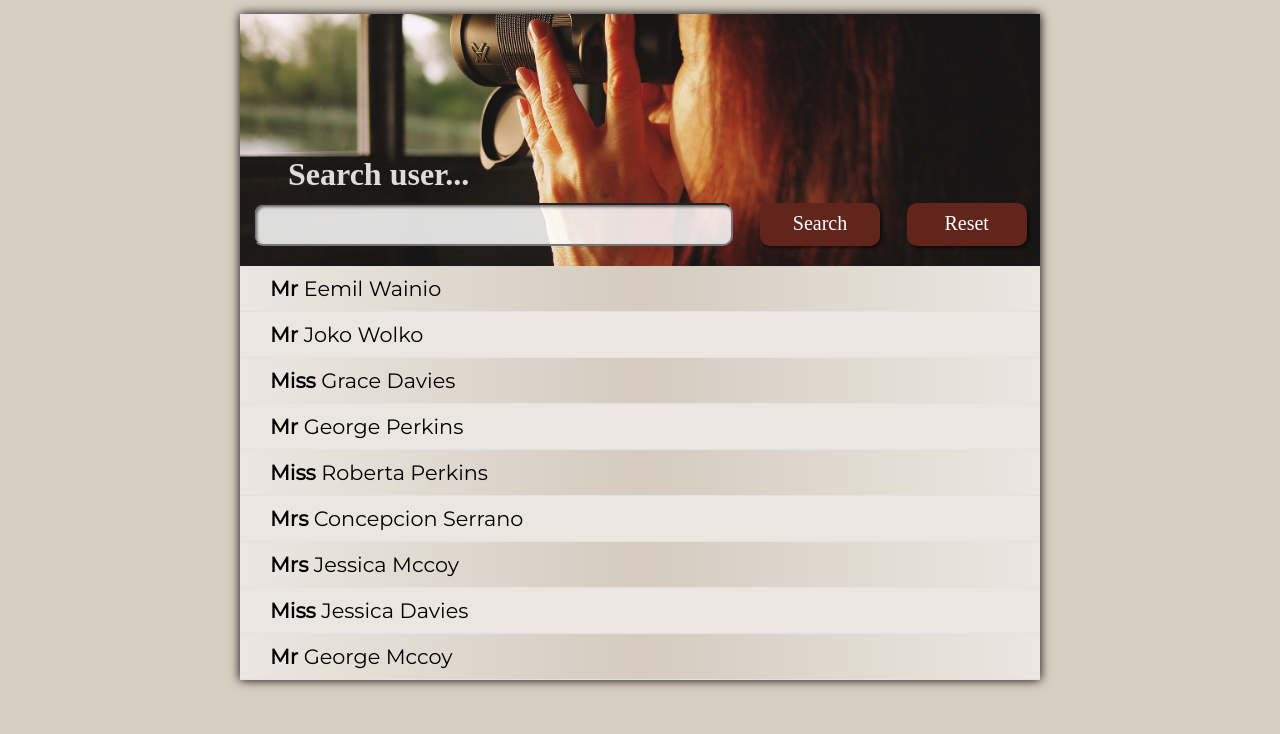
Repository: KrzysKolo/sr_tydzien5_zad4
Page: /
The author's editor kept a copy of each file at every save. The page is drawn from the files as they stood at one save, then again after the next save.
The browser window is 1280 px wide. The pictures show the whole page.
Some web fonts or font styles are not loaded; a fallback is used. The project was rebuilt for these pictures with package versions that can differ from the ones it lists, and the page was loaded fresh each time.

Above is the page before, as saved 2021-01-03 06:45:55.

### public/index.html
<!DOCTYPE html>
<html lang="en">
  <head>
    <meta charset="utf-8" />
    <link rel="icon" href="%PUBLIC_URL%/favicon.ico" />
    <meta name="viewport" content="width=device-width, initial-scale=1" />
    <meta name="theme-color" content="#000000" />
    <meta
      name="description"
      content="Web site created using create-react-app"
    />
    <link rel="apple-touch-icon" href="%PUBLIC_URL%/logo192.png" />
    <!--
      manifest.json provides metadata used when your web app is installed on a
      user's mobile device or desktop. See https://developers.google.com/web/fundamentals/web-app-manifest/
    -->
    <link rel="manifest" href="%PUBLIC_URL%/manifest.json" />
    <!--
      Notice the use of %PUBLIC_URL% in the tags above.
      It will be replaced with the URL of the `public` folder during the build.
      Only files inside the `public` folder can be referenced from the HTML.

      Unlike "/favicon.ico" or "favicon.ico", "%PUBLIC_URL%/favicon.ico" will
      work correctly both with client-side routing and a non-root public URL.
      Learn how to configure a non-root public URL by running `npm run build`.
    -->
    <link rel="preconnect" href="https://fonts.gstatic.com">
<link href="https://fonts.googleapis.com/css2?family=Finger+Paint&family=Montserrat&family=Over+the+Rainbow&family=Peralta&display=swap" rel="stylesheet">
    <title>User search</title>
  </head>
  <body>
    <noscript>You need to enable JavaScript to run this app.</noscript>
    <div id="root"></div>
    <!--
      This HTML file is a template.
      If you open it directly in the browser, you will see an empty page.

      You can add webfonts, meta tags, or analytics to this file.
      The build step will place the bundled scripts into the <body> tag.

      To begin the development, run `npm start` or `yarn start`.
      To create a production bundle, use `npm run build` or `yarn build`.
    -->
  </body>
</html>

### src/App.js
import React from 'react';
import UsersContainer from './components/UsersContainer';
import Header from './components/Header';
import './App.css';


const App = () => {

  return (
    <section>
      <Header />
      <UsersContainer/>
    </section>
  )
}

export default App;

### src/components/UsersContainer.js
import React, { useState, useEffect } from 'react';


const UsersContainer = () => {

  const UsersAPI = '/users.json';

  const [ users, setUsers ] = useState([]);

  useEffect(() => {

    fetch(UsersAPI)
      .then(res => res.json())
      .then(data => {
        console.log(data.users);
        setUsers(data.users);
      })
    }, []);

    const user = users.map(user => (
      <li className="user" key={user.id}><b>{user.title}</b> {user.first} {user.last}</li>
    ))
    return (
        <ul>
					{user}
        </ul>
    )
}

export default UsersContainer;

### src/components/Header.js
import React from 'react';
import Button from './formComponents/Button';
const Header = () => {
    return (
        <div className="header__section">
            <h1 className="header__title">Search user...</h1>
            <form className="header__search-wrapper">
                <input className="header__search" type="text" />
                <Button values="Search" />
                <Button values="Reset" />
            </form>
        </div>
    )
}

export default Header;

### src/App.css
* {
  box-sizing: border-box;
  padding: 0;
  margin: 0;
}
body {
  height: 100vh;
  width: 100vw;
  background-color: rgba(206, 194, 179, 0.8);
}
section {
  margin: 2vh auto;
  width: 70%;
  max-width: 800px;
  display: flex;
  flex-direction: column;
  box-shadow: 0 0 10px #000;
}
.header__section {
  height: 35vh;
  background-image: url("./images/girl.jpg");
  background-position: center;
  background-size: cover;
  display: flex;
  flex-direction: column;
  justify-content: flex-end;
}
.header__title {
  font-size: 2rem;
  font-family: "Peralta", cursive;
  margin: 0 auto 10px 3rem;
  color: rgba(255, 255, 255, 0.85);
}
.header__search-wrapper {
  width: 100%;
  margin-bottom: 20px;
  display: flex;
  justify-content: space-around;
}
.header__search {
  padding: 8px 10px;
  width: 60%;
  border-radius: 10px;
  background-color: rgba(255, 255, 255, 0.85);
  box-shadow: inset 2px 2px 3px 0px rgba(0, 0, 0, 0.55);
  font-size: 20px;
}
.header__search-btn {
  background: rgb(98, 37, 28);
  color: white;
  width: 15%;
  border-radius: 10px;
  box-shadow: 2px 2px 3px 0px rgba(0, 0, 0, 0.55);
  font-size: 20px;
  text-align: center;
  line-height: 40px;
}
.user {
  font-size: 1.3rem;
  font-family: "Montserrat", sans-serif;
  padding: 10px 30px;
  list-style: none;
  border-bottom: 1px solid rgb(226, 226, 226);
  background-color: rgba(255, 255, 255, 0.5);
}
.user:nth-child(odd) {
  background: linear-gradient(
    90deg,
    rgba(255, 255, 255, 0.5) 0%,
    rgba(206, 194, 179, 0.2) 50%,
    rgba(255, 255, 255, 0.5) 100%
  );
}

### src/components/formComponents/Button.js
import React from 'react';

const Button = ({ values }) => {
    return (
        <div className="header__search-btn">
            {values}
        </div>
    )
}

export default Button;

### public/users.json
{
    "users": [
      {
        "id": 1,
        "title": "Mr",
        "first": "Eemil",
        "last": "Wainio"
       },
      {
        "id": 2,
        "title": "Mr",
        "first": "Joko",
        "last": "Wolko"
      },
      {
        "id": 3,
        "title": "Miss",
        "first": "Grace",
        "last": "Davies"
      },
      {
        "id": 4,
        "title": "Mr ",
        "first": "George ",
        "last": "Perkins"
      },
      {
        "id": 5,
        "title": "Miss",
        "first": "Roberta ",
        "last": "Perkins"
      },
      {
        "id": 6,
        "title": "Mrs ",
        "first": "Concepcion ",
        "last": "Serrano"
      },
      {
        "id": 7,
        "title": "Mrs ",
        "first": "Jessica ",
        "last": "Mccoy"
      },
      {
        "id": 8,
        "title": "Miss",
        "first": "Jessica",
        "last": "Davies"
      },
      {
        "id": 9,
        "title": "Mr",
        "first": "George",
        "last": "Mccoy"
      }
    ]
  }

Loaded but not shown: src/index.js (common file)

After the next save:
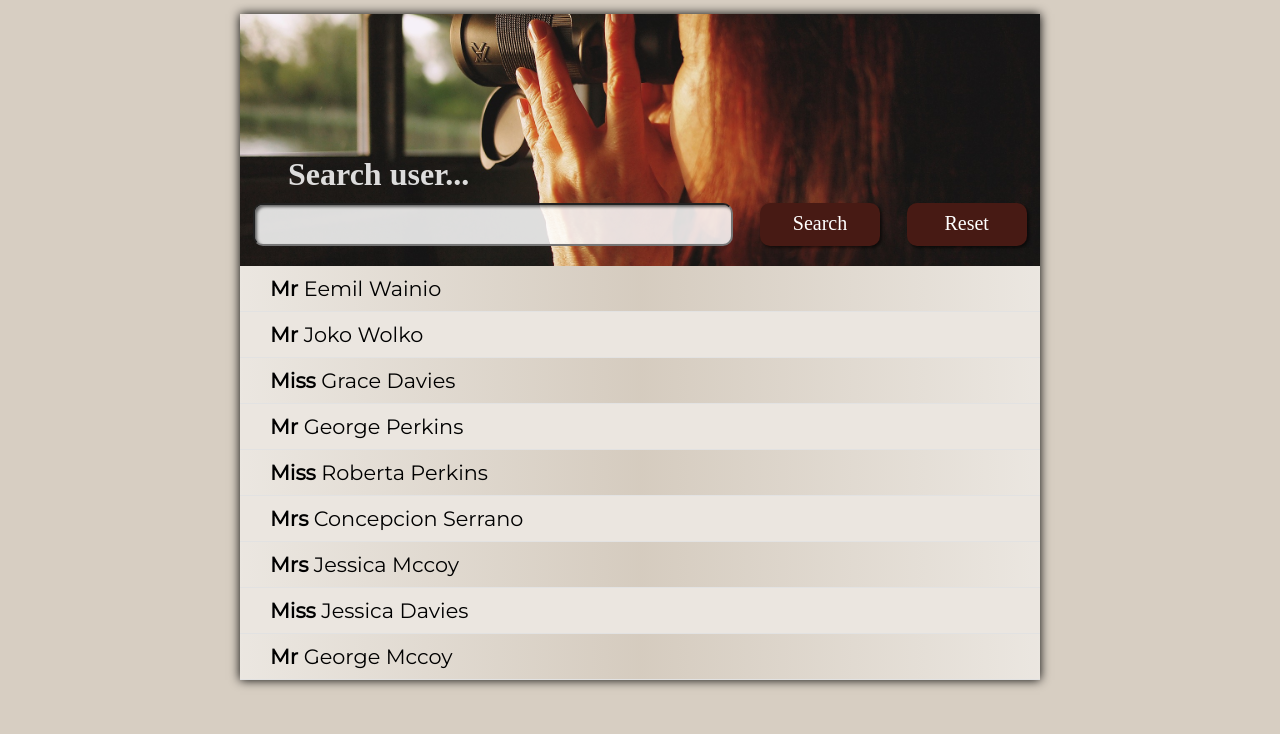
Saved 27 s later.
--- a/src/App.css
+++ b/src/App.css
@@ -46,7 +46,7 @@ section {
   font-size: 20px;
 }
 .header__search-btn {
-  background: rgb(98, 37, 28);
+  background: rgb(71, 26, 20);
   color: white;
   width: 15%;
   border-radius: 10px;
